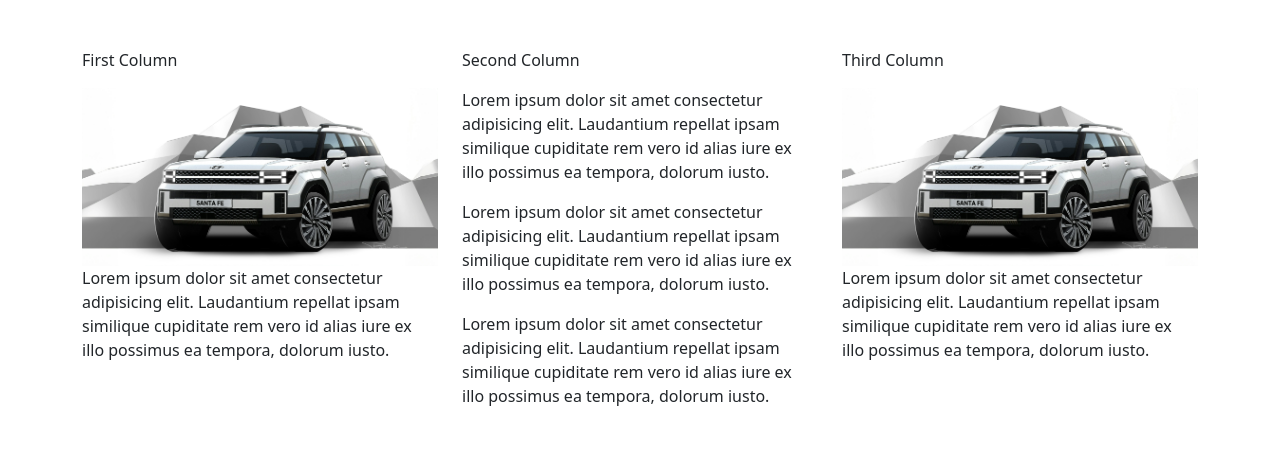
Repository: Femi007-gh/Classwork
Page: index.html
These files come from the project's save history. The page is drawn as it stood at one moment and after the next save; the edit follows.
The browser window is 1280 px wide. The pictures show the whole page.

Above is the page before, as saved 2025-02-02 22:11:48.

After the next save:
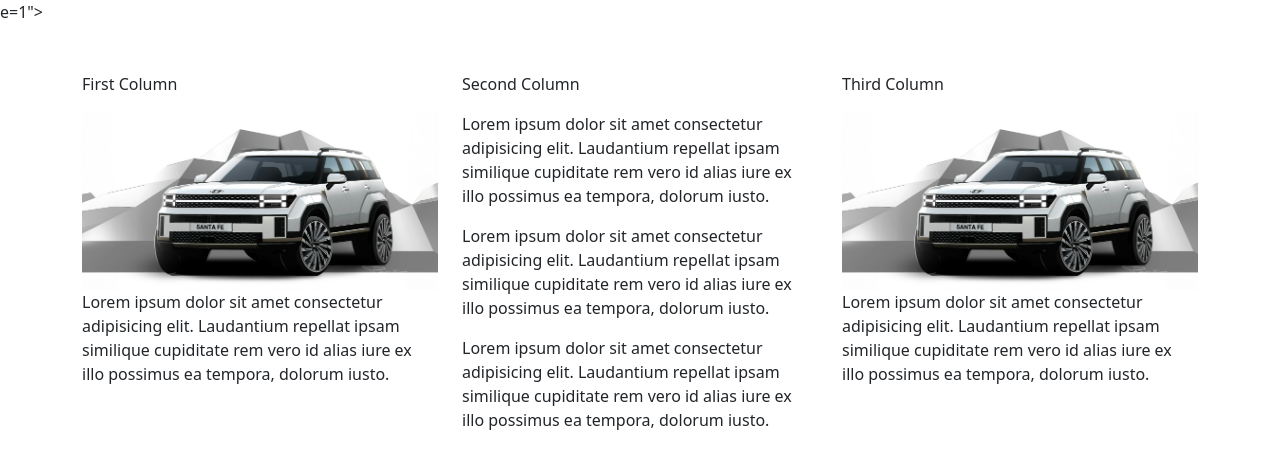
Saved 3 min 21 s later.
--- a/index.html
+++ b/index.html
@@ -1,8 +1,6 @@
 <!DOCTYPE html>
 <html lang="en">
-<head>
-    <meta charset="UTF-8">
-    <meta name="viewport" content="width=device-width, initial-scale=1">
+<head>e=1">
     <title>Responsiveness</title>
     <link rel="stylesheet" href="style.css">
     <link href="https://cdn.jsdelivr.net/npm/bootstrap@5.0.2/dist/css/bootstrap.min.css" rel="stylesheet" integrity="sha384-EVSTQN3/azprG1Anm3QDgpJLIm9Nao0Yz1ztcQTwFspd3yD65VohhpuuCOmLASjC" crossorigin="anonymous">

After the 2 saves that followed:
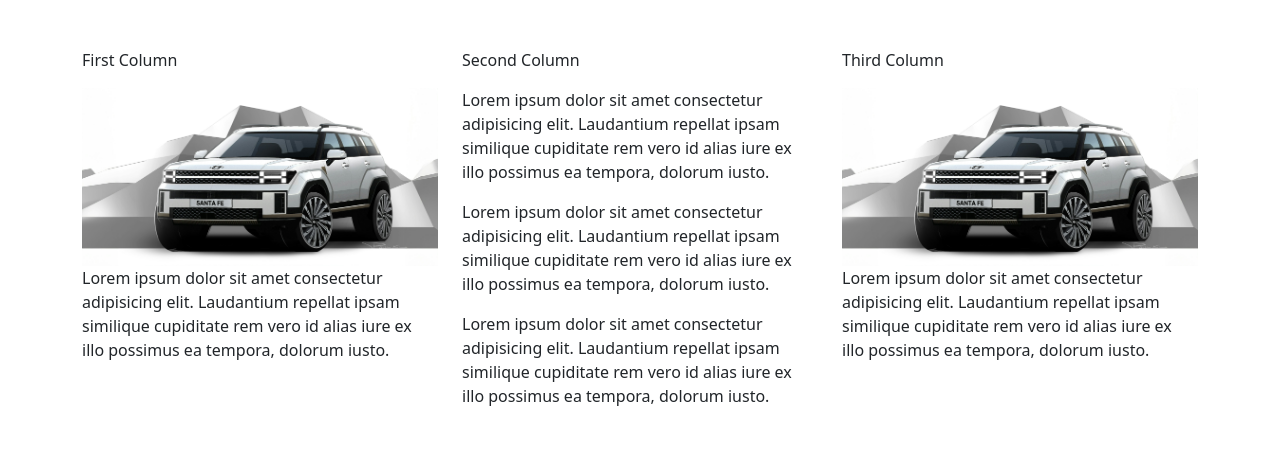
The 2 saves are shown as one change because they came seconds apart.
The last was saved 8 s later.
--- a/index.html
+++ b/index.html
@@ -1,6 +1,6 @@
 <!DOCTYPE html>
-<html lang="en">
-<head>e=1">
+<html>
+<head>
     <title>Responsiveness</title>
     <link rel="stylesheet" href="style.css">
     <link href="https://cdn.jsdelivr.net/npm/bootstrap@5.0.2/dist/css/bootstrap.min.css" rel="stylesheet" integrity="sha384-EVSTQN3/azprG1Anm3QDgpJLIm9Nao0Yz1ztcQTwFspd3yD65VohhpuuCOmLASjC" crossorigin="anonymous">
